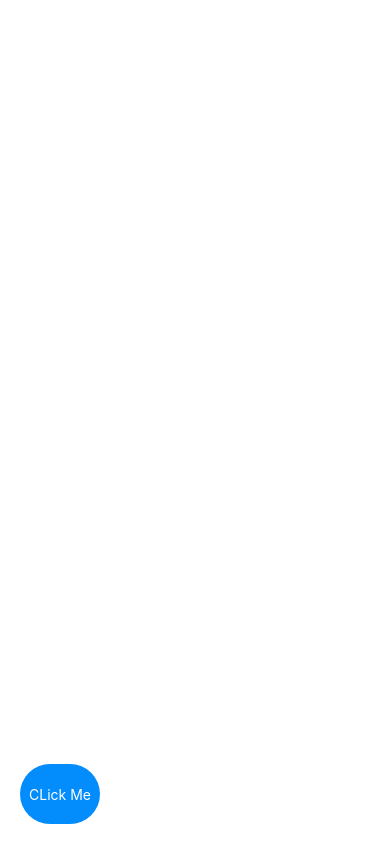
Repository: CodeBunny786/React-Native-Reveal-Animation
Screen: /
These files come from the project's save history. The screen is drawn as it stood at one moment and after the next save; the edit follows.
The app was drawn by React Native's web renderer in a window 390 px wide. The project was rebuilt for these pictures with package versions that can differ from the ones it lists, and the page was loaded fresh each time.

Above is the screen before, as saved 2019-10-28 12:26:30.

After the next save:
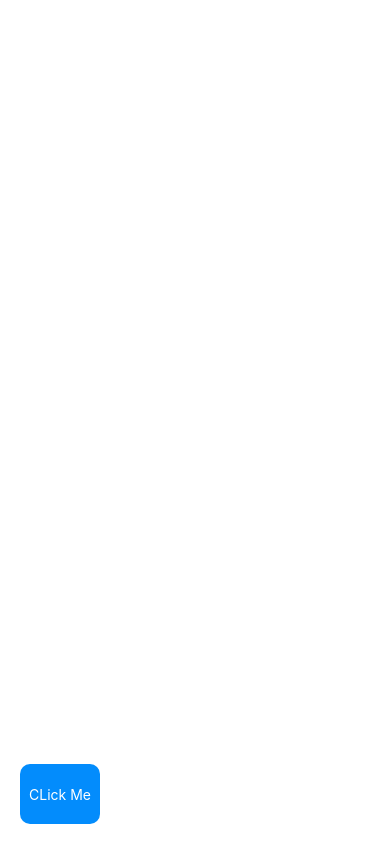
Saved 11 s later.
--- a/App.js
+++ b/App.js
@@ -73,7 +73,7 @@
     shadowOpacity: .2,
     shadowOffset: { x: 2, y: 0 },
     shadowRadius: 12,
-    borderRadius: 30,
+    borderRadius: 10,
     position: "absolute",
     bottom: 20,
     // right: 20,

After the 5 saves that followed:
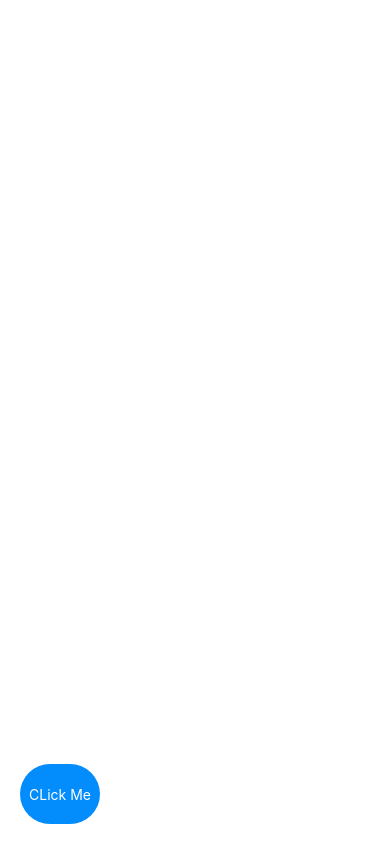
The 5 saves are shown as one change because 4 left the picture as it was.
The last was saved 82 s later.
--- a/App.js
+++ b/App.js
@@ -57,11 +57,11 @@
   background: {
     backgroundColor: "#038cfc",
     position: "absolute",
-    width: 80,
+    width: 40,
     height: 60,
     bottom: 20,
-     right: 20,
-     left:20,
+    //  right: 20,
+    //  left:20,
     borderRadius: 30,
   },
   button: {
@@ -73,7 +73,7 @@
     shadowOpacity: .2,
     shadowOffset: { x: 2, y: 0 },
     shadowRadius: 12,
-    borderRadius: 10,
+    borderRadius: 30,
     position: "absolute",
     bottom: 20,
     // right: 20,
